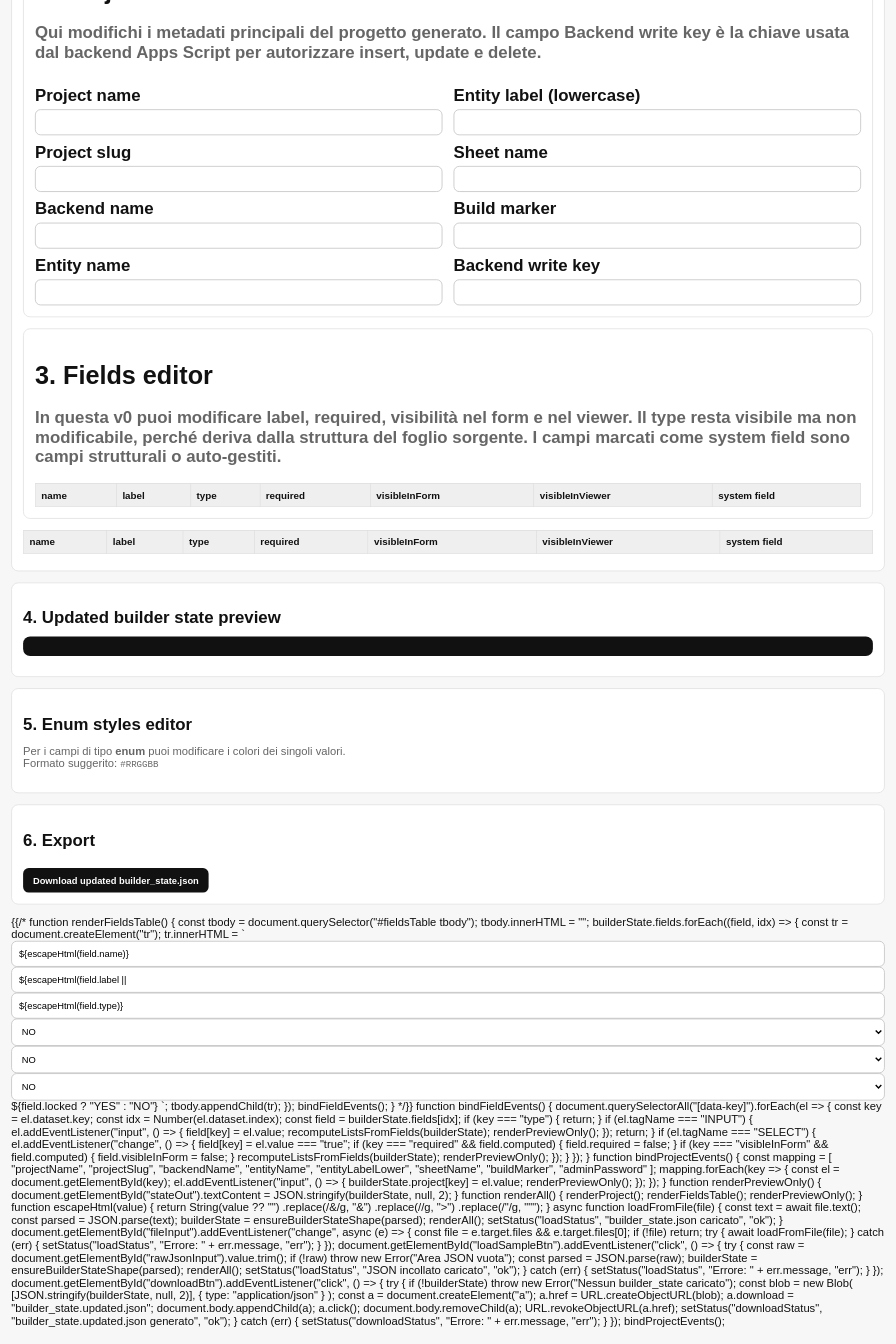
Repository: progettazionemauro/sheets.builder
Page: docs/builder.html
The author's editor kept a copy of each file at every save. The page is drawn from the files as they stood at one save, then again after the next save.
The browser window is 1280 px wide. The pictures show the part of the page from y = 693 to 2613 px (the page is 2613 px tall), at 70% of full size.

Above is the page before, as saved 2026-04-14 04:56:15.

After the next save:
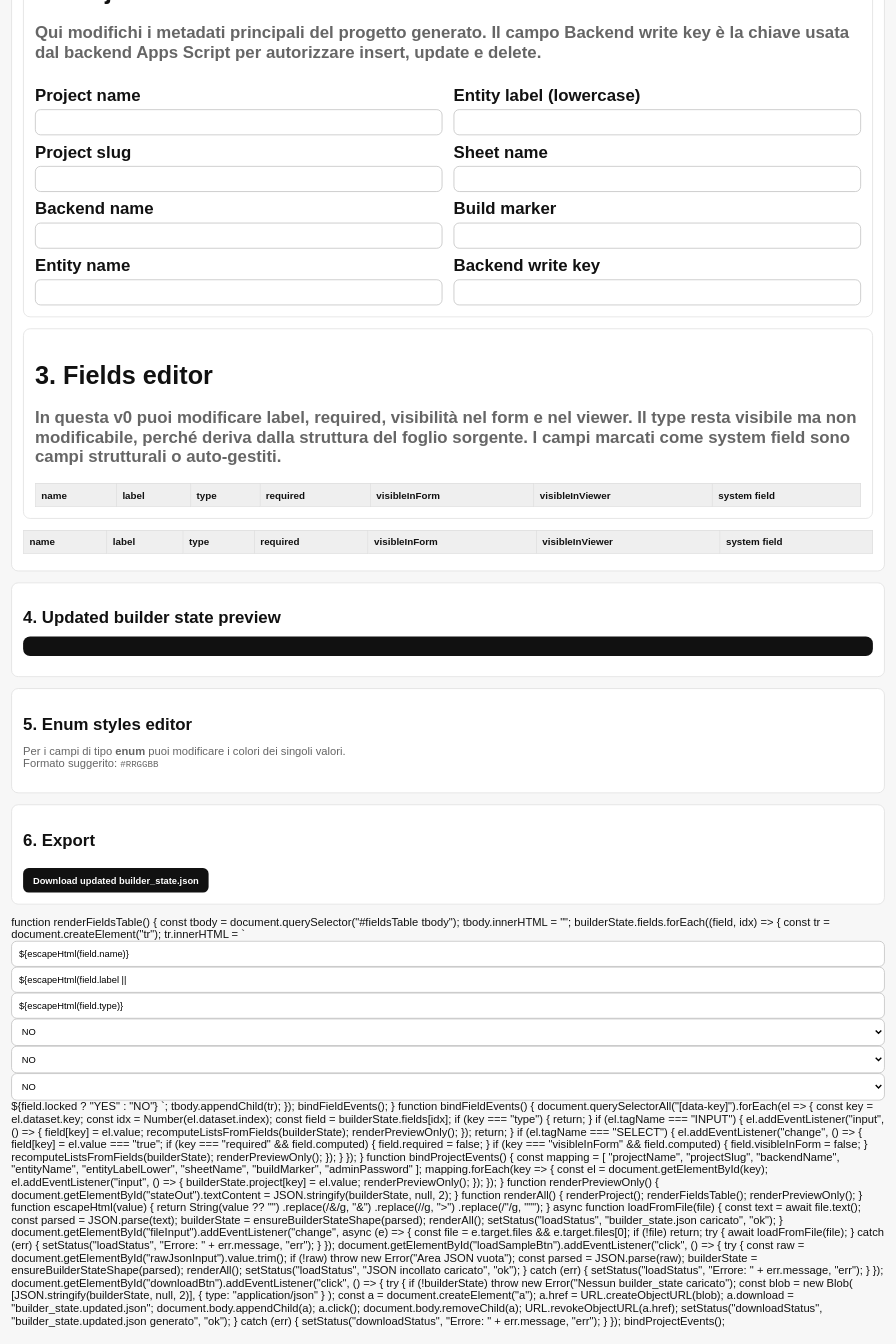
Saved 9 s later.
--- a/docs/builder.html
+++ b/docs/builder.html
@@ -695,7 +695,7 @@
   bindProjectEvents();
 </script>
 
-  {{/*  function renderFieldsTable() {
+  function renderFieldsTable() {
     const tbody = document.querySelector("#fieldsTable tbody");
     tbody.innerHTML = "";
 
@@ -738,7 +738,7 @@
 
     bindFieldEvents();
   }
-</script>  */}}
+</script>
 
     function bindFieldEvents() {
     document.querySelectorAll("[data-key]").forEach(el => {
